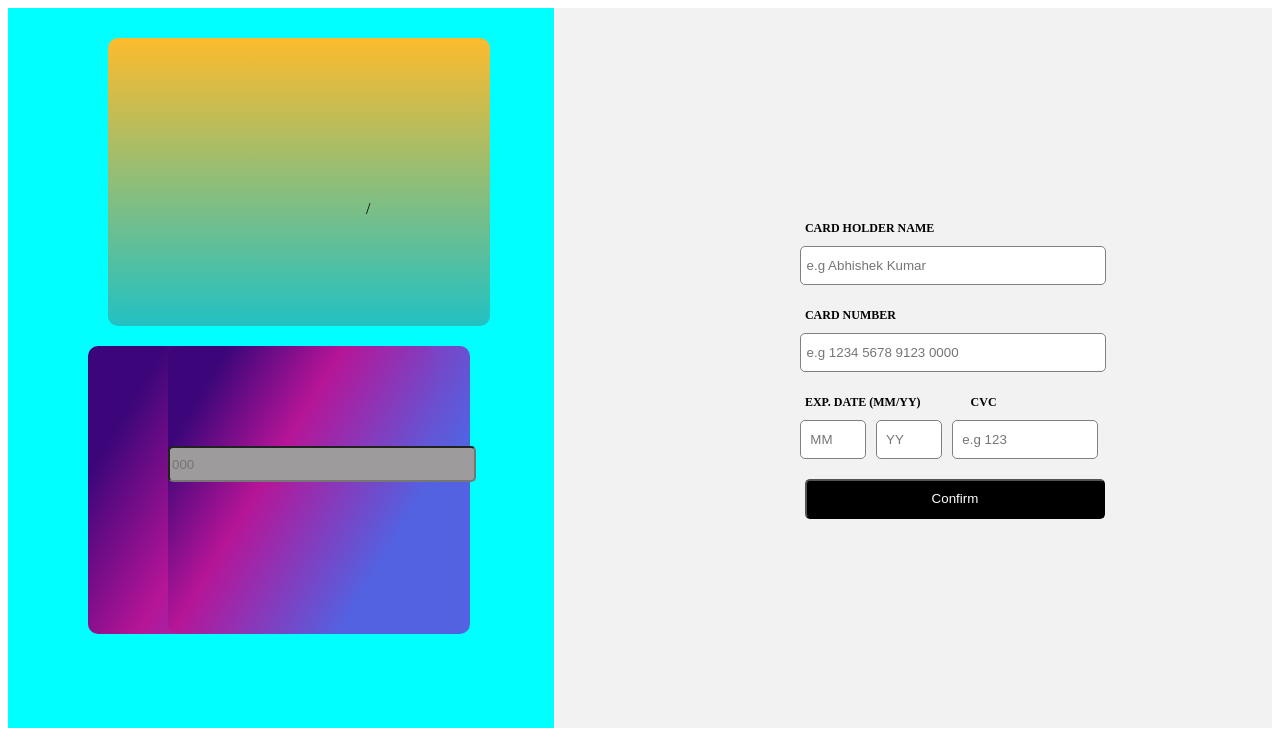
Repository: Abhi2359/frontendchallenge-1
Page: /
An editor plug-in stored every save of this project. The page is shown before and after a run of saves, followed by the edit.
The browser window is 1280 px wide. The pictures show the whole page.
The project was rebuilt for these pictures with package versions that can differ from the ones it lists, and the page was loaded fresh each time.

Above is the page before, as saved 2023-02-15 18:28:04.

After the next 2 saves:
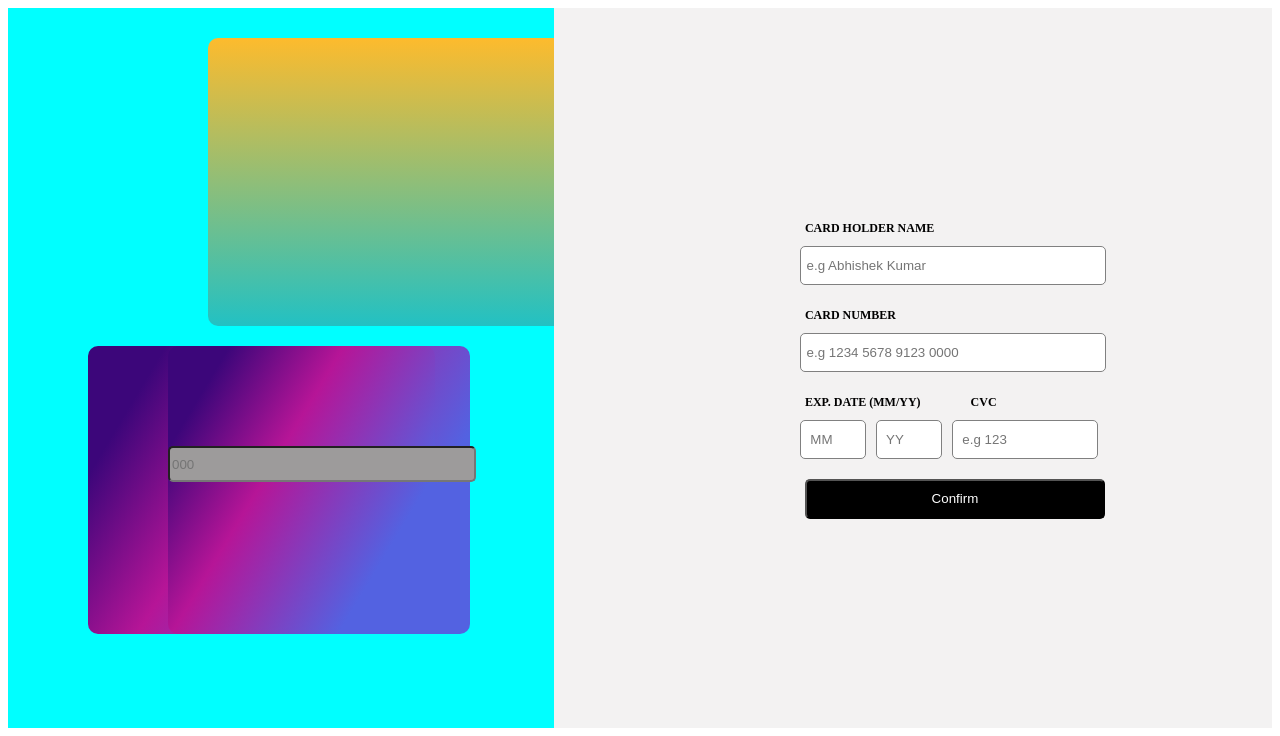
The 2 saves are shown as one change because they came seconds apart.
The last was saved 11 s later.
--- a/src/components/Layout/layout.css
+++ b/src/components/Layout/layout.css
@@ -93,8 +93,8 @@
 
 .card1{
     margin-top: 20px;
-    margin-left: 100px;
-    background-color: rgb(174, 9, 9);
+    margin-left: 200px;
+
 }
 
 .card2{

After the save that followed:
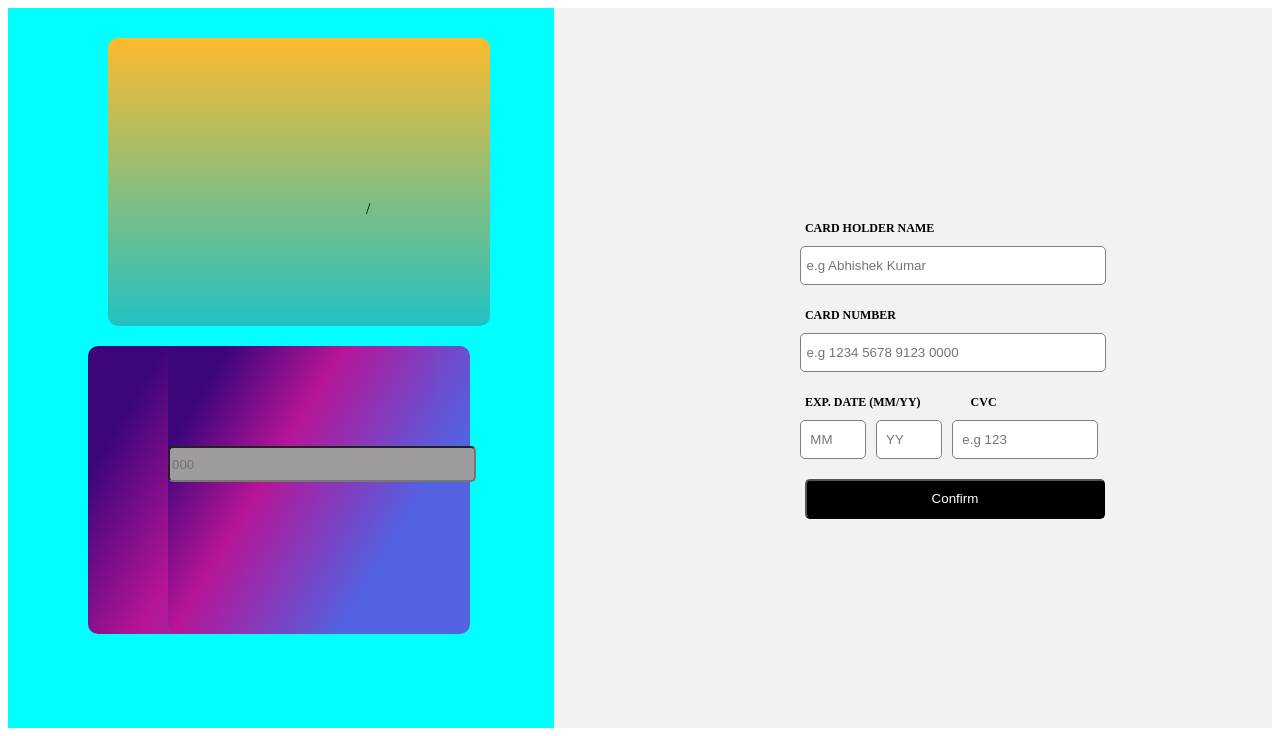
Saved 39 s later.
--- a/src/components/Layout/layout.css
+++ b/src/components/Layout/layout.css
@@ -93,7 +93,7 @@
 
 .card1{
     margin-top: 20px;
-    margin-left: 200px;
+    margin-left: 100px;
 
 }
 
